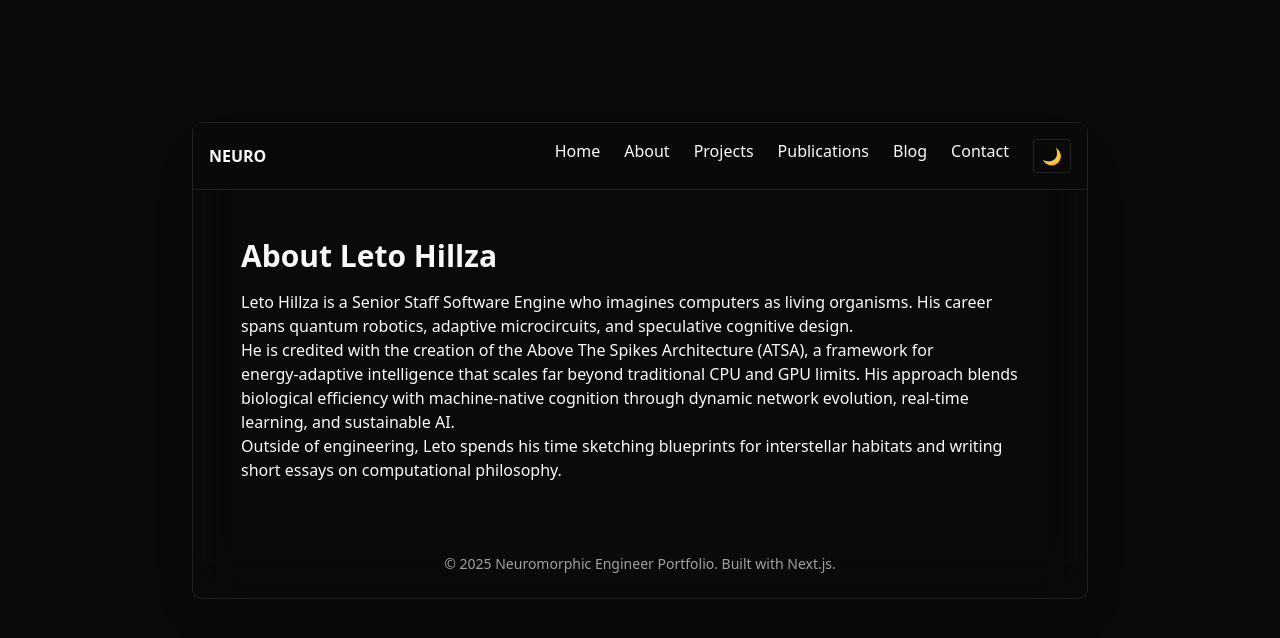
Repository: thecodingcult/portfolio
Page: /about
The author's editor kept a copy of each file at every save. The page is drawn from the files as they stood at one save, then again after a run of saves.
The browser window is 1280 px wide. The pictures show the whole page.
The project was rebuilt for these pictures with package versions that can differ from the ones it lists, and the page was loaded fresh each time. The framework's server and built-in components were replaced by stand-ins that run in the browser. Also part of the build but not shown: next.config.ts.

Above is the page before, as saved 2025-07-18 13:09:15.

After the next 2 saves:
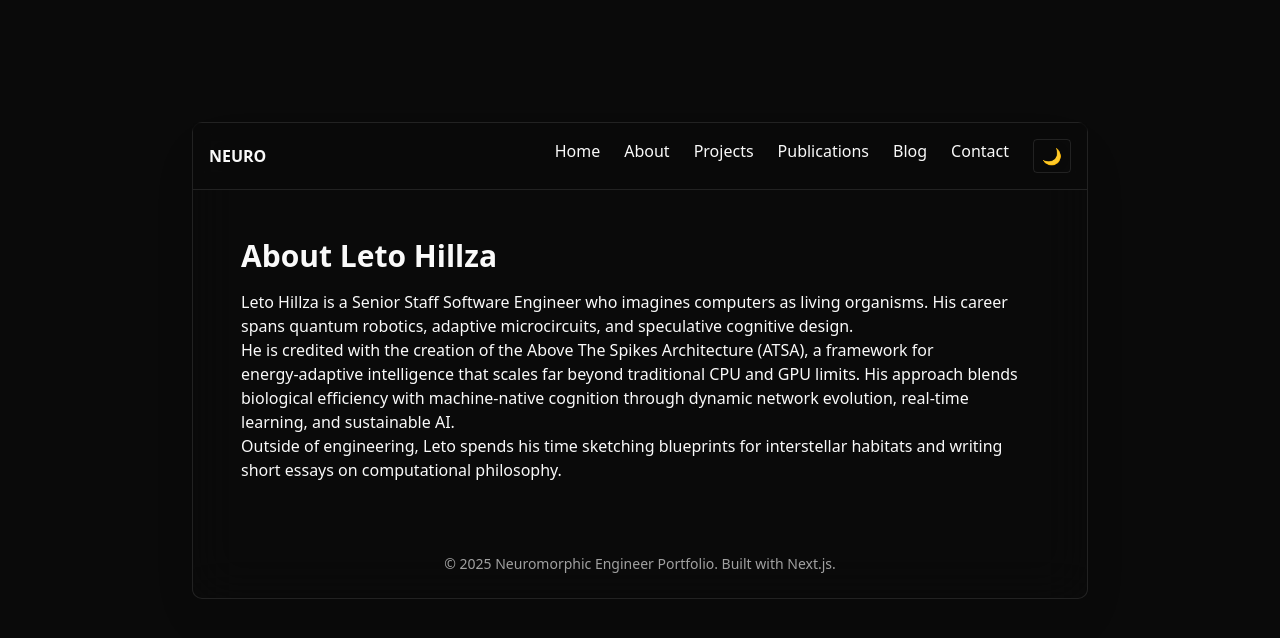
The 2 saves are shown as one change because they came seconds apart.
The last was saved 7 s later.
--- a/src/app/about/page.tsx
+++ b/src/app/about/page.tsx
@@ -5,7 +5,7 @@
     <ContentShell>
       <h1 className="text-3xl font-bold mb-4">About Leto Hillza</h1>
       <p>
-        Leto Hillza is a Senior Staff Software Engine who imagines computers as living organisms. His career spans quantum robotics, adaptive microcircuits, and speculative cognitive design.
+        Leto Hillza is a Senior Staff Software Engineer who imagines computers as living organisms. His career spans quantum robotics, adaptive microcircuits, and speculative cognitive design.
       </p>
       <p>
         He is credited with the creation of the Above The Spikes Architecture (ATSA), a framework for energy‑adaptive intelligence that scales far beyond traditional CPU and GPU limits. His approach blends biological efficiency with machine‑native cognition through dynamic network evolution, real‑time learning, and sustainable AI.
